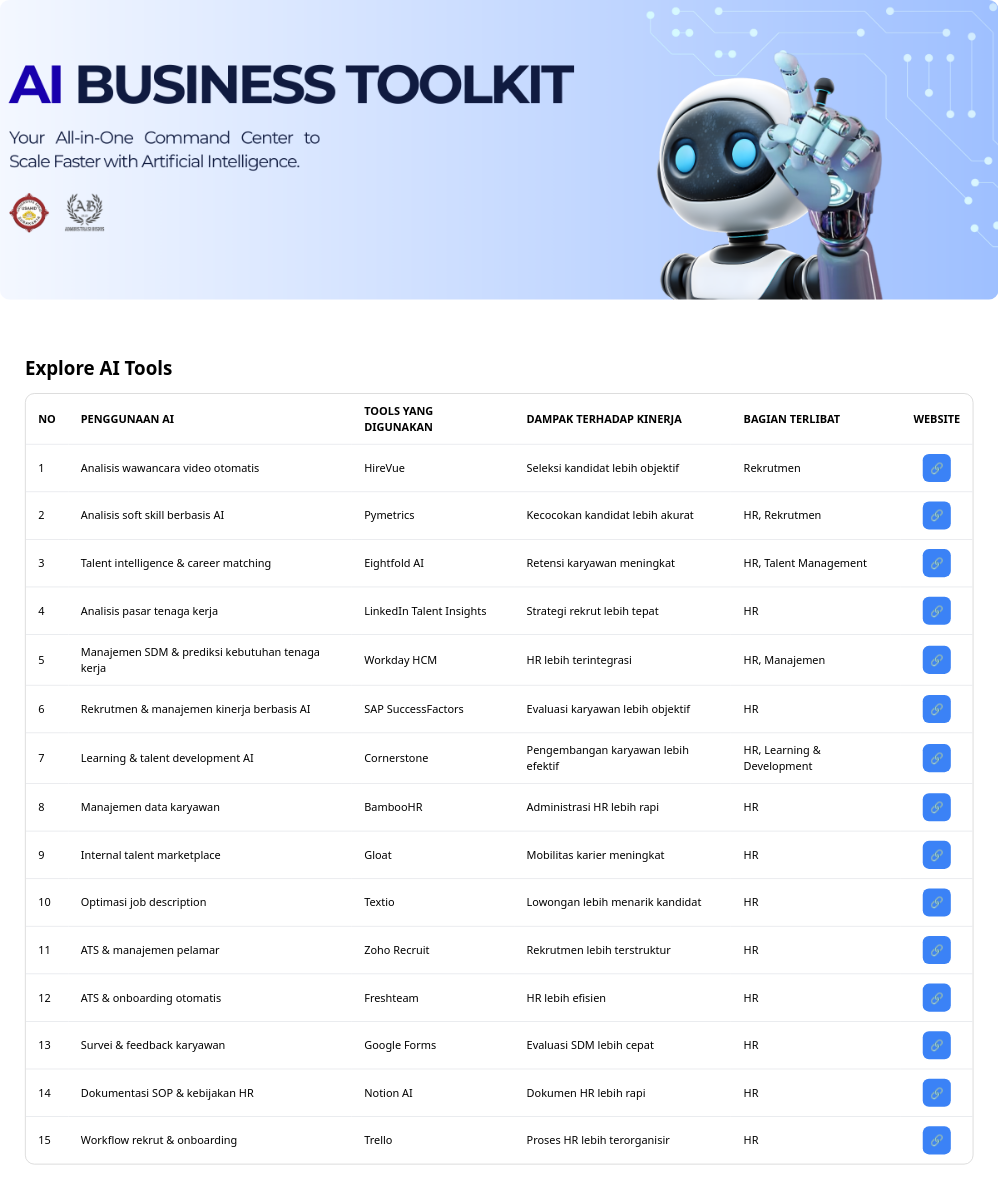
Repository: MUHAMADTEGARWIJAYA/AI-BUSINESS-TOOLKIT
Page: /ai/sdm
An editor plug-in stored every save of this project. The page is shown before and after the next save, followed by the edit.
The browser window is 1280 px wide. The pictures show the whole page, at 78% of full size.
The project was rebuilt for these pictures with package versions that can differ from the ones it lists, and the page was loaded fresh each time. Also part of the build but not shown: vite.config.js, src/views/NamaFloating.vue, src/views/FooterView.vue, src/views/HomeView.vue, src/views/AiOperansional.vue, src/views/AiStrategi.vue, src/views/AiPemasaran.vue, src/views/TestAurora.vue and 1 more. Imported but missing from the stored project, and not drawn on this page: src/component/Aurora/Aurora.vue.

Above is the page before, as saved 2026-01-11 19:35:35.

### index.html
<!DOCTYPE html>
<html lang="">
  <head>
    <meta charset="UTF-8">
    <link rel="icon" href="/favicon.ico">
    <meta name="viewport" content="width=device-width, initial-scale=1.0">
    <title>AI Tools Kit</title>
  </head>
  <body>
    <div id="app"></div>
    <script type="module" src="/src/main.js"></script>
  </body>
</html>

### src/router/index.js
import { createRouter, createWebHistory } from 'vue-router'
import HomeView from '../views/HomeView.vue'
import AiOperansional from '../views/AiOperansional.vue'
import AiSdm from '../views/AiSdm.vue'
import AiStrategi from '../views/AiStrategi.vue'
import AiPemasaran from '@/views/AiPemasaran.vue'
import TestAurora from '@/views/TestAurora.vue'
import AiKeuanganAkuntansi from '@/views/AiKeuanganAkuntansi.vue'
const router = createRouter({
  history: createWebHistory(import.meta.env.BASE_URL),
  routes: [
    {
      path: '/test',
      name: 'test',
      component: TestAurora,
    },
    {
      path: '/',
      name: 'home',
      component: HomeView,
    },
    {
      path: '/ai/operasional',
      name: 'ai-operansional',
      component: AiOperansional,
    },
    {
      path: '/ai/sdm',
      name: 'ai-sdm',
      component: AiSdm,
    },
    {
      path: '/ai/strategi',
      name: 'ai-strategi',
      component: AiStrategi,
    },
    {
      path: '/ai/pemasaran',
      name: 'ai-pemasaran',
      component: AiPemasaran,
    },
    {
      path: '/ai/keuangan',
      name: 'ai-keuangan',
      component: AiKeuanganAkuntansi,
    },

  ],
})

export default router

### src/views/AiSdm.vue
<script setup>
import { hrAiTools } from '@/data/data.js'
</script>

<template>
  <div class="min-h-screen bg-white">
    <div class="w-full max-w-full mb-10">
      <!-- Background Image -->
      <div
        class="w-full h-96 rounded-xl bg-cover bg-no-repeat bg-center"
        style="background-image: url('/ai.png')"
      ></div>
    </div>
    <div class="p-8">
      <h1 class="text-black text-2xl font-bold mb-4">Explore AI Tools</h1>

      <div class="overflow-x-auto border border-neutral-300 rounded-xl">
        <table class="min-w-full text-sm text-left">
          <!-- Header -->
          <thead class="text-black uppercase">
            <tr>
              <th class="px-4 py-3">No</th>
              <th class="px-4 py-3">Penggunaan AI</th>
              <th class="px-4 py-3">Tools yang Digunakan</th>
              <th class="px-4 py-3">Dampak terhadap Kinerja</th>
              <th class="px-4 py-3">Bagian Terlibat</th>
              <th class="px-4 py-3 text-center">Website</th>
            </tr>
          </thead>

          <!-- Body -->
          <tbody>
            <tr v-for="(item, index) in hrAiTools" :key="item.id" class="border-t transition">
              <td class="px-4 py-3 text-black">
                {{ index + 1 }}
              </td>
              <td class="px-4 py-3 text-black font-medium">
                {{ item.usage }}
              </td>
              <td class="px-4 py-3 text-black">
                {{ item.tools }}
              </td>
              <td class="px-4 py-3 text-black">
                {{ item.impact }}
              </td>
              <td class="px-4 py-3 text-black">
                {{ item.department }}
              </td>
              <td class="px-4 py-3 text-center">
                <a
                  :href="item.link"
                  target="_blank"
                  class="inline-flex items-center py-2 px-2 text-white justify-center w-9 h-9 rounded-lg bg-blue-500 hover:bg-blue-400 transition"
                >
                  🔗
                </a>
              </td>
            </tr>
          </tbody>
        </table>
      </div>
    </div>
  </div>
</template>

Loaded but not shown: src/main.js (common file); src/assets/main.css (common file); src/App.vue (common file); tailwind.config.js (common file); src/data/data.js (684 lines, source omitted)

After the next save:
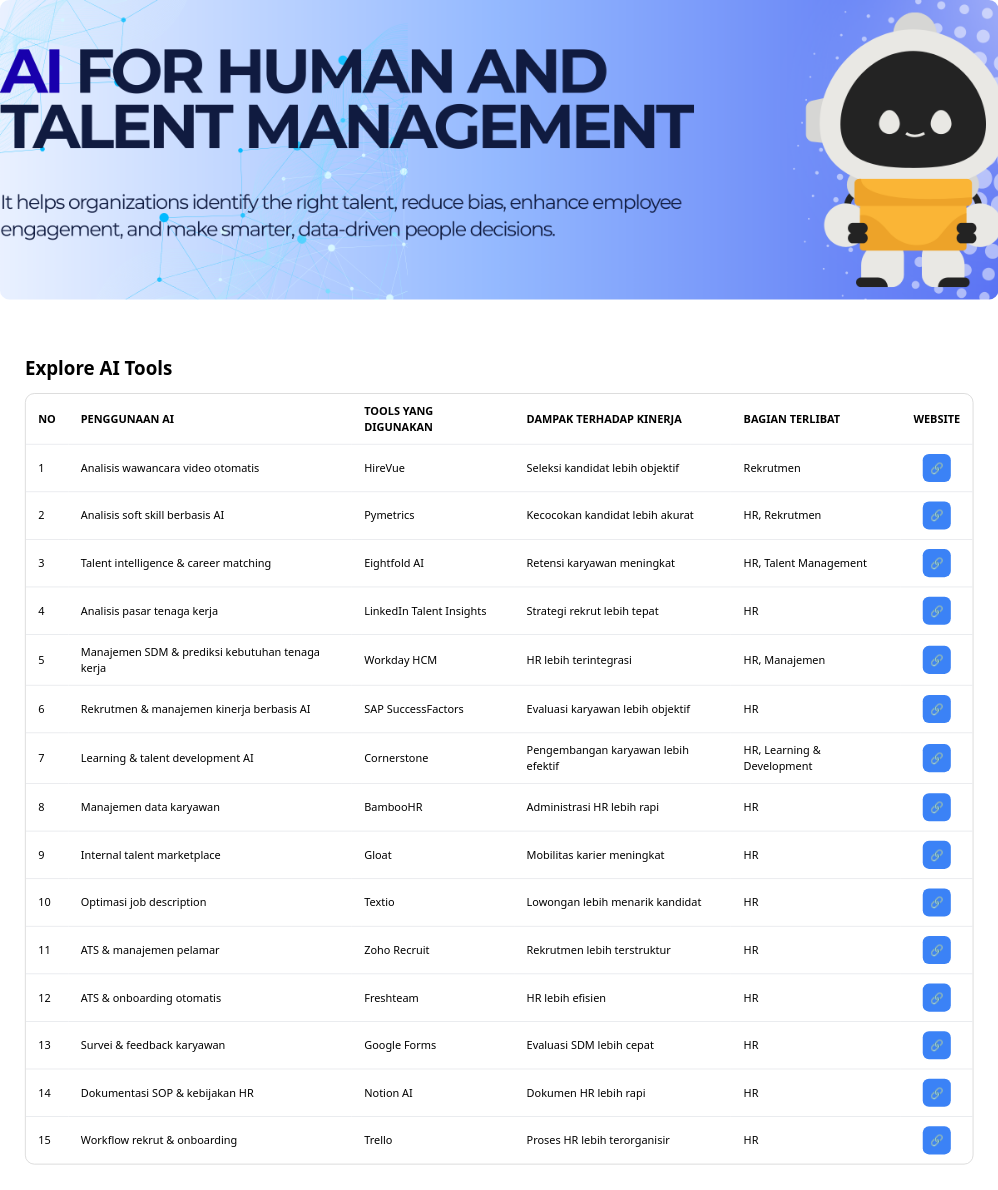
Saved 21 s later.
--- a/src/views/AiSdm.vue
+++ b/src/views/AiSdm.vue
@@ -8,7 +8,7 @@
       <!-- Background Image -->
       <div
         class="w-full h-96 rounded-xl bg-cover bg-no-repeat bg-center"
-        style="background-image: url('/ai.png')"
+        style="background-image: url('/DIVISI\ SDM\ DAN\ TALENT\ MANAJEMEN.png')"
       ></div>
     </div>
     <div class="p-8">
